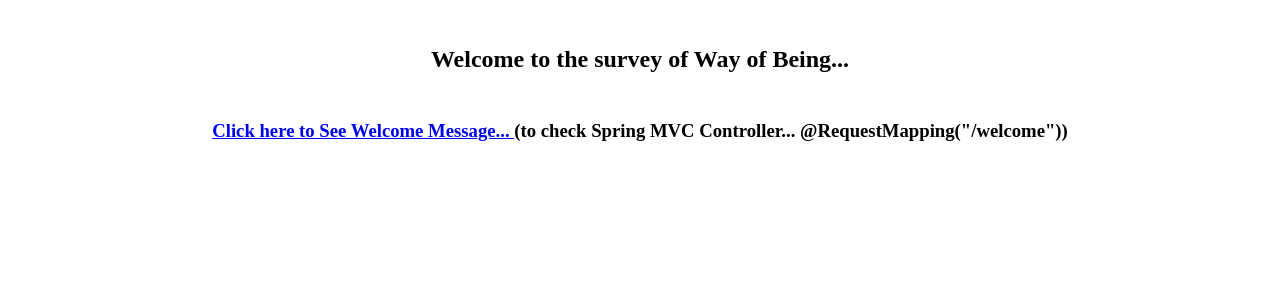
Repository: onlinechetan/WayOfBeing
Page: http://localhost/wayofbeing/
These files come from the project's save history. The page is drawn as it stood at one moment and after the next save; the edit follows.
The browser window is 1280 px wide. The pictures show the whole page.
The page is served by Tomcat 9. Other server files are loaded and not shown.

Above is the page before, as saved 2015-11-02 23:39:05.

### wayofbeing/WebContent/index.jsp
<html>
<head>
<title>Way of Being!!! </title>
<style type="text/css">

</style>
</head>
<body>
	<br>
	<div style="text-align:center">
		<h2>
			Welcome to the survey of Way of Being...<br> <br>
		</h2>
		<h3>
			<a href="welcome.jsp">Click here to See Welcome Message... </a>(to
			check Spring MVC Controller... @RequestMapping("/welcome"))
		</h3>
	</div>
</body>
</html>

After the next save:
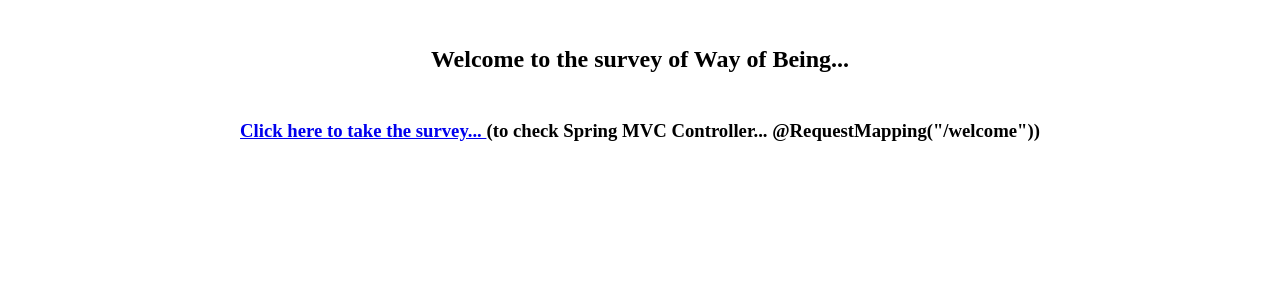
Saved 12 s later.
--- a/wayofbeing/WebContent/index.jsp
+++ b/wayofbeing/WebContent/index.jsp
@@ -12,7 +12,7 @@
 			Welcome to the survey of Way of Being...<br> <br>
 		</h2>
 		<h3>
-			<a href="welcome.jsp">Click here to See Welcome Message... </a>(to
+			<a href="welcome.jsp">Click here to take the survey... </a>(to
 			check Spring MVC Controller... @RequestMapping("/welcome"))
 		</h3>
 	</div>
